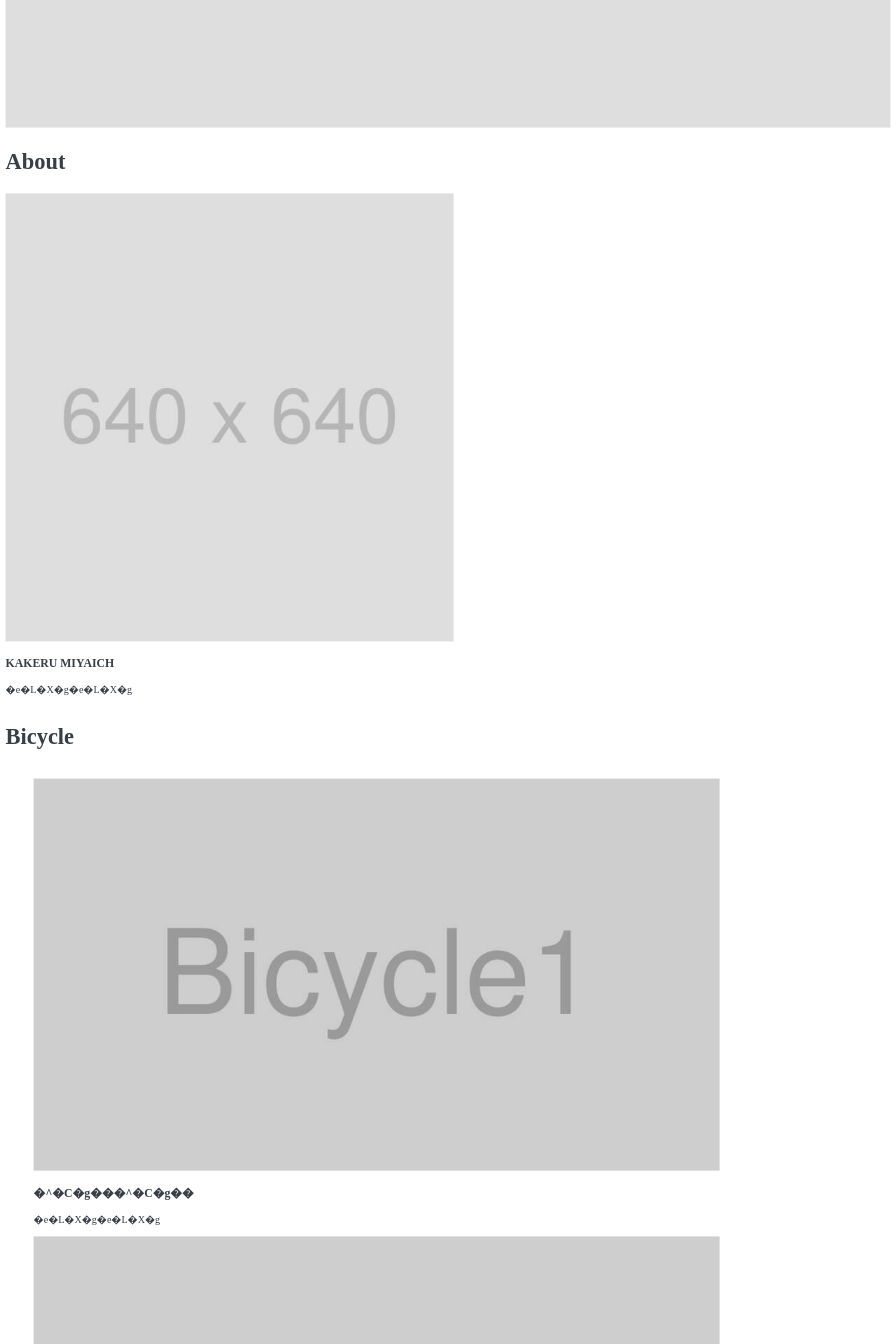
Repository: Fuki-san/bicycle
Page: http://localhost/profile
An editor plug-in stored every save of this project. The page is shown before and after a run of saves, followed by the edit.
The browser window is 1280 px wide. The pictures show the part of the page from y = 1175 to 3095 px (the page is 4281 px tall before and 4283 px after), at 70% of full size.
The page is served by the project's Laravel application, run on PHP 8.4 with Laravel 10. Other server files are loaded and not shown.

Above is the page before, as saved 2023-11-18 11:23:39.

### routes/web.php
<?php

use Illuminate\Support\Facades\Route;

/*
|--------------------------------------------------------------------------
| Web Routes
|--------------------------------------------------------------------------
|
| Here is where you can register web routes for your application. These
| routes are loaded by the RouteServiceProvider and all of them will
| be assigned to the "web" middleware group. Make something great!
|
*/

Route::get('profile', function() {
    return view('bicycle');
})->name('profile');

### resources/views/bicycle.blade.php
@extends('layouts.main')

@section('title', 'Bicycle')

### resources/views/layouts/main.blade.php
<!DOCTYPE html>
<html lang="ja">

<head>
    <meta charset="UTF-8">
    <meta name="viewport" content="width=device-width, initial-scale=1.0">
    <meta http-equiv="X-UA-Compatible" content="ie=edge">
    <link rel="stylesheet" href="{{ asset('css/reset.css') }}">
    <link rel="stylesheet" href="{{ asset('css/style.css') }}">
    <link rel="icon" href="images/img/favicon.ico">
    <title>@yield('title')</title>
</head>

<body>
    <header class="wrapper" id="header">
        <h1 class="site-title"><a href="{{ route('profile') }}"><img src="images/img/logo.svg"></a></h1>
        <nav>
            <ul>
                <li><a href="#about">About</a></li>
                <li><a href="#bicycle">Bicycle</a></li>
            </ul>
        </nav>
    </header>

    <main>
        <div id="mainvisual"><img src="images/img/mainvisual.jpg"></div>

        <section id="about" class="wrapper">
            <h2 class="section-title">About</h2>
            <div class="content">
                <img src="images/img/about.jpg">
                <div class="text">
                    <h3 class="content-title">KAKERU MIYAICH</h3>
                    <p>ƒeƒLƒXƒgƒeƒLƒXƒg</p>
                </div>
            </div>
        </section>

        <section id="bicycle" class="wrapper">
            <h2 class="section-title">Bicycle</h2>
                <ul>
                    <li><img src="images/img/bicycle1.jpg">
                        <h3 class="content-title">ƒ^ƒCƒgƒ‹ƒ^ƒCƒgƒ‹</h3>
                        <p>ƒeƒLƒXƒgƒeƒLƒXƒg</p>
                    </li>
                    <li><img src="images/img/bicycle2.jpg">
                        <h3 class="content-title">ƒ^ƒCƒgƒ‹ƒ^ƒCƒgƒ‹</h3>
                        <p>ƒeƒLƒXƒgƒeƒLƒXƒg</p>
                    </li>
                    <li><img src="images/img/bicycle3.jpg">
                        <h3 class="content-title">ƒ^ƒCƒgƒ‹ƒ^ƒCƒgƒ‹</h3>
                        <p>ƒeƒLƒXƒgƒeƒLƒXƒg</p>
                    </li>
                </ul>
        </section>
    </main>

    <footer id="footer">
        <p>&copy; 2023 Profile</p>
    </footer>
</body>

</html>

### public/css/style.css
@charset "UTF-8";

html{
    font-size: 100%;
}

body{
    font-size: 0.9rem;
    color: #383e45;
}

img{
    max-width: 100%;
}

li{
    list-style: none;
}

a{
    text-decoration: none;
}

.site-title a{
    display: block;
}

.section-title{
    display: inline-block;
    font-size: 2rem;
    border-bottom: 1px #383e45;
}

### public/img/logo.svg
<?xml version="1.0" encoding="utf-8"?>
<!-- Generator: Adobe Illustrator 15.1.0, SVG Export Plug-In . SVG Version: 6.00 Build 0)  -->
<!DOCTYPE svg PUBLIC "-//W3C//DTD SVG 1.1//EN" "http://www.w3.org/Graphics/SVG/1.1/DTD/svg11.dtd">
<svg version="1.1" id="レイヤー_1" xmlns="http://www.w3.org/2000/svg" xmlns:xlink="http://www.w3.org/1999/xlink" x="0px"
	 y="0px" width="1500px" height="500px" viewBox="0 0 1500 500" enable-background="new 0 0 1500 500" xml:space="preserve">
<g>
	<rect x="0" fill="#393E46" width="1500" height="500"/>
</g>
<g>
	<path fill="#FFFFFF" d="M314.698,365.466h-48.583v-232.55h106.235c45.02,0,72.227,28.825,72.227,74.493
		c0,21.052-11.66,74.169-74.171,74.169h-55.708V365.466z M359.719,241.417c36.275,0,36.275-25.911,36.275-36.275
		c0-22.672-12.632-32.064-42.754-32.064h-38.542v68.34H359.719z"/>
	<path fill="#FFFFFF" d="M478.26,193.158h43.4v29.799h0.646c9.395-17.49,19.758-34.333,47.288-34.333
		c2.915,0,5.83,0.323,8.745,0.647v45.992c-3.887-0.648-8.745-0.648-12.956-0.648c-35.303,0-41.78,22.024-41.78,41.133v89.718H478.26
		V193.158z"/>
	<path fill="#FFFFFF" d="M676.155,370c-46.315,0-88.097-28.501-88.097-90.688c0-62.186,41.781-90.688,88.097-90.688
		c46.316,0,88.097,28.503,88.097,90.688C764.252,341.499,722.472,370,676.155,370z M676.155,226.843
		c-34.979,0-41.457,30.445-41.457,52.47c0,22.023,6.478,52.469,41.457,52.469s41.458-30.445,41.458-52.469
		C717.613,257.288,711.135,226.843,676.155,226.843z"/>
	<path fill="#FFFFFF" d="M848.461,365.466h-45.344V225.547h-24.939v-32.389h24.939v-13.927c0-35.628,19.434-49.231,50.527-49.231
		c13.278,0,19.432,0.323,23.318,0.648v36.599h-12.631c-15.547,0-15.871,4.858-15.871,19.109v6.802h29.474v32.389h-29.474V365.466z"
		/>
	<path fill="#FFFFFF" d="M950.484,172.754H905.14v-42.105h45.345V172.754z M950.484,193.158v172.308H905.14V193.158H950.484z"/>
	<path fill="#FFFFFF" d="M1040.524,365.466h-45.344v-232.55h45.344V365.466z"/>
	<path fill="#FFFFFF" d="M1231.94,314.939c-11.982,41.457-46.314,55.061-75.788,55.061c-48.584,0-85.83-23.319-85.83-94.252
		c0-20.728,7.125-87.124,82.592-87.124c34.008,0,80.971,16.194,80.971,94.898v8.097h-118.219
		c1.296,12.956,3.887,42.105,40.486,42.105c12.631,0,25.586-6.479,29.148-18.785H1231.94z M1187.245,262.146
		c-2.591-27.855-20.404-36.275-34.979-36.275c-21.377,0-32.713,13.604-35.304,36.275H1187.245z"/>
</g>
</svg>

After the next 2 saves:
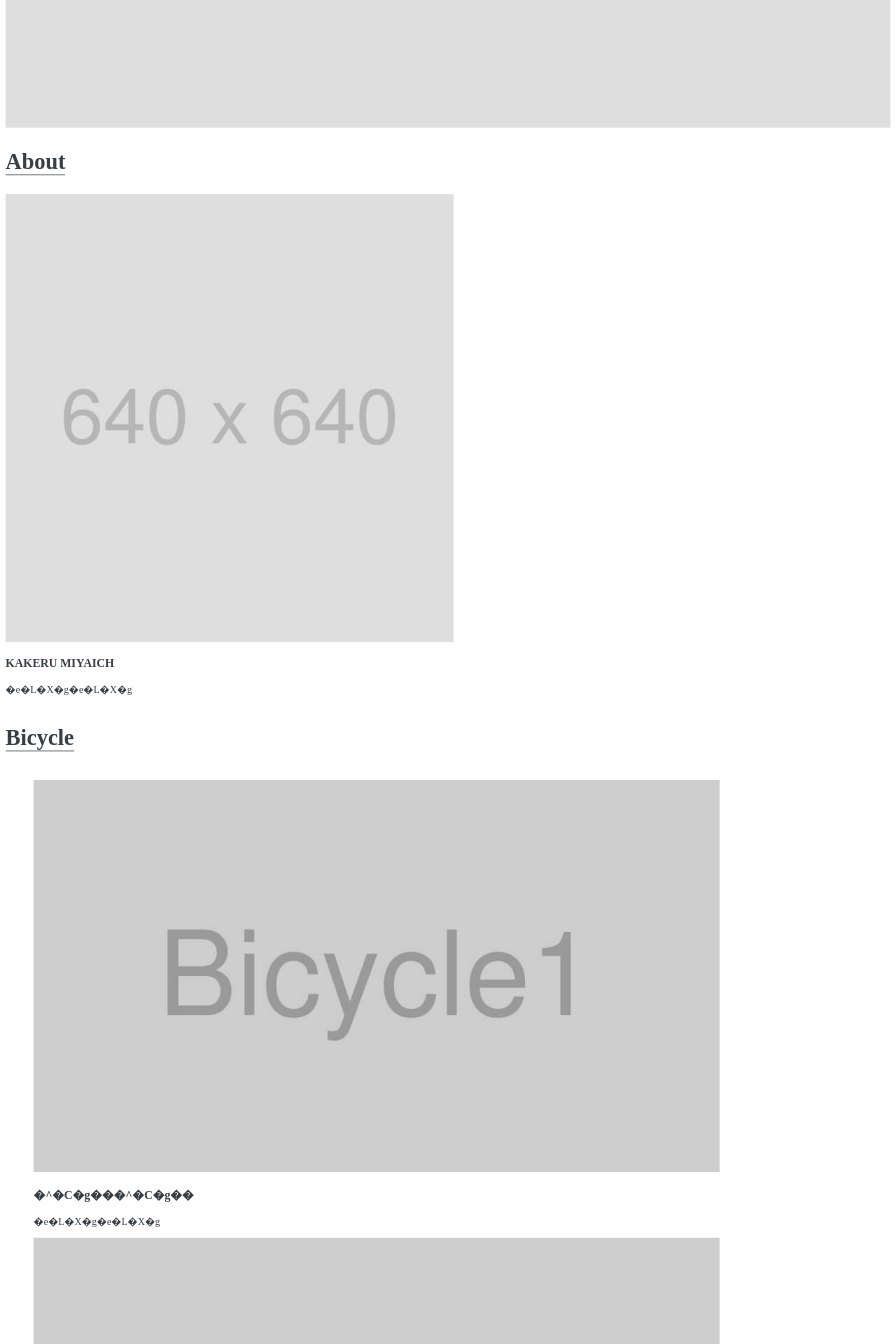
The 2 saves are shown as one change because they came seconds apart.
The last was saved 10 s later.
--- a/public/css/style.css
+++ b/public/css/style.css
@@ -28,5 +28,6 @@
 .section-title{
     display: inline-block;
     font-size: 2rem;
-    border-bottom: 1px #383e45;
+    border-bottom: 1px solid #383e45;
+
 }
